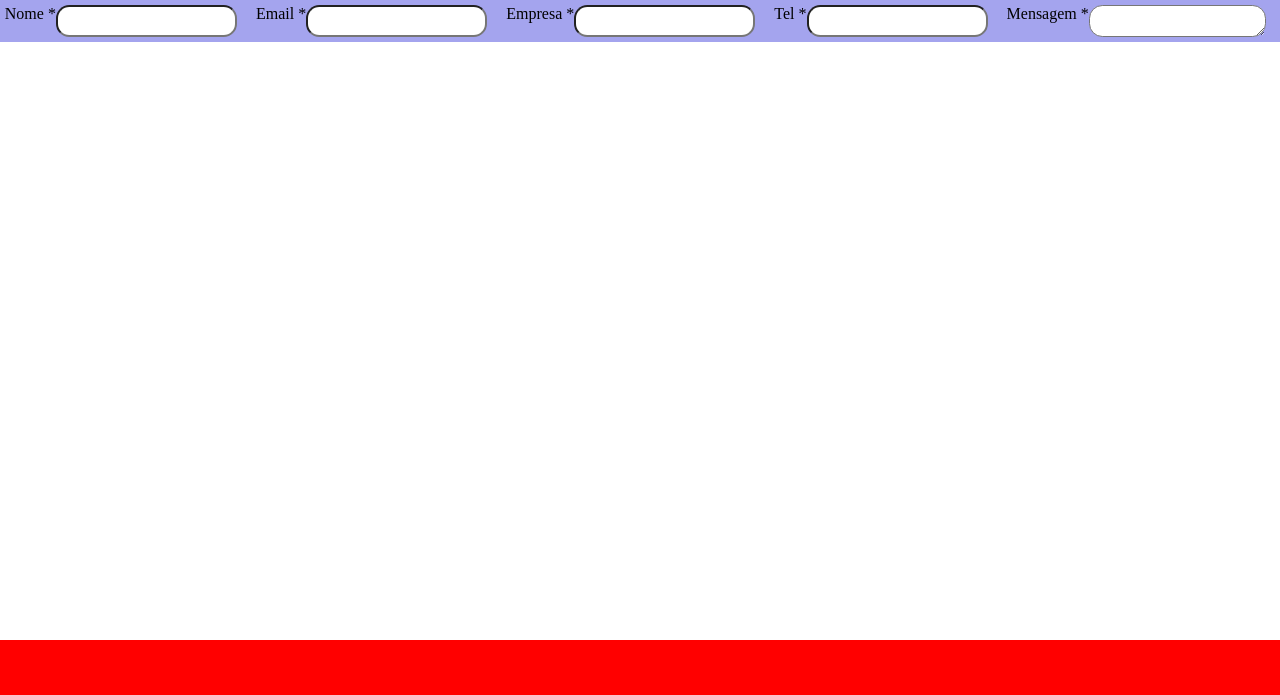
Repository: ecrseer/contatenos-html-js
Page: contatenos.html
The author's editor kept a copy of each file at every save. The page is drawn from the files as they stood at one save, then again after a run of saves.
The browser window is 1280 px wide. The pictures show the whole page.

Above is the page before, as saved 2021-12-27 15:03:56.

### contatenos.html
<!DOCTYPE html>
<html lang="en">

<head>
    <meta charset="UTF-8">
    <meta http-equiv="X-UA-Compatible" content="IE=edge">
    <meta name="viewport" content="width=device-width, initial-scale=1.0">
    <title>Contate-nos</title>
    <link rel="stylesheet" href="reset.css">
    <link rel="stylesheet" href="contatenos.css">
</head>

<body>

    <main class="main">
        <form action="enviar" method="post">
            <div class="inputdiv">
                <label for="Nome">Nome *</label>
                <input type="text">
            </div>
            <div class="inputdiv">
                <label for="Email">Email *</label>
                <input type="email">
            </div>
            <div class="inputdiv">
                <label for="Empresa">Empresa *</label>
                <input type="text">
            </div>
            <div class="inputdiv">
                <label for="Tel">Tel *</label>
                <input type="text">
            </div>
            <div class="inputdiv">
                <label for="Tel">Mensagem *</label>
                <textarea></textarea>
            </div>

        </form>
    </main>
    <section class="bottomnav">

    </section>

    <script src="contatenos.js"></script>
</body>

</html>

### contatenos.css
body{
    width: 100%;
    display: flex;
}
.main{
    background: rgb(164, 164, 238);
    width: 100%;
    height: 100%;
}
.inputdiv{
    display: flex;
    flex-wrap: wrap;
    flex: 1 1 auto;
    margin: 0.3em;
}
.inputdiv > input,textarea {
    border-radius: 1em;
}


.bottomnav{
    background: red;
    position: fixed;
    bottom: 0;
    width: 100%;
    height: 5em;
}
form{
    display: flex;
    flex-wrap: wrap;
}

### contatenos.js
//alert('hi')

Loaded but not shown: reset.css (common file)

After the next 2 saves:
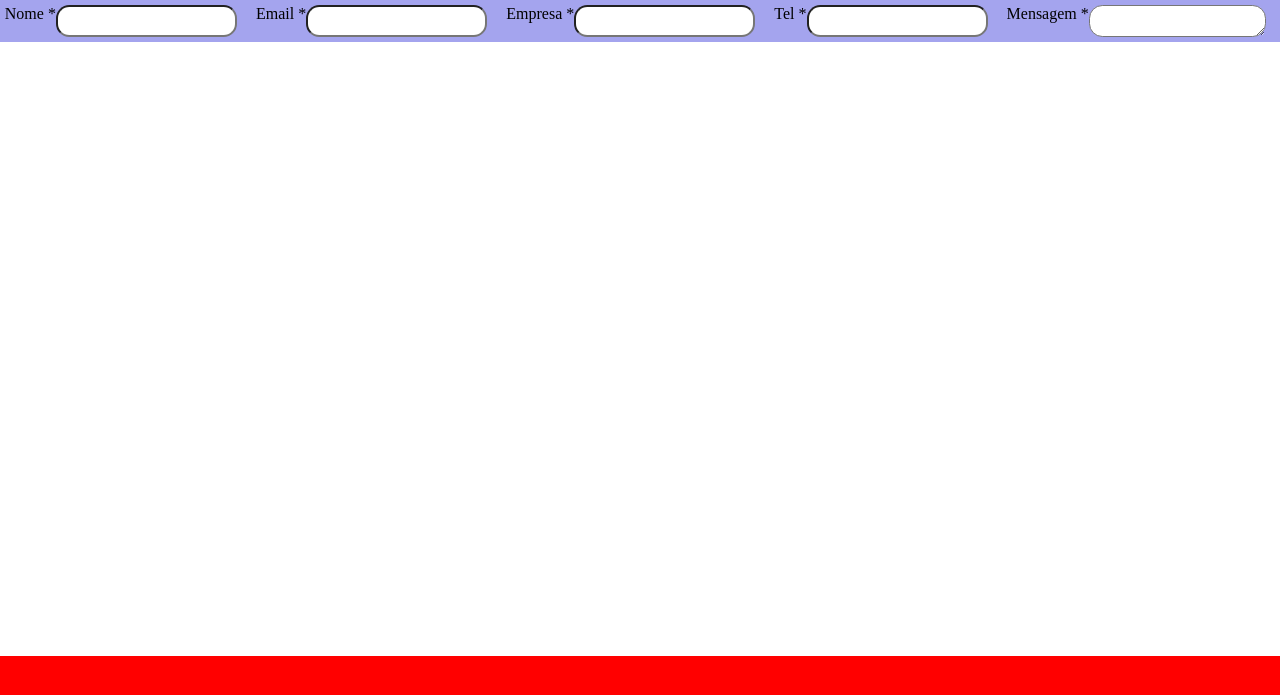
The 2 saves are shown as one change because they came seconds apart.
The last was saved 11 s later.
--- a/contatenos.css
+++ b/contatenos.css
@@ -23,7 +23,7 @@
     position: fixed;
     bottom: 0;
     width: 100%;
-    height: 5em;
+    height: 4em;
 }
 form{
     display: flex;
